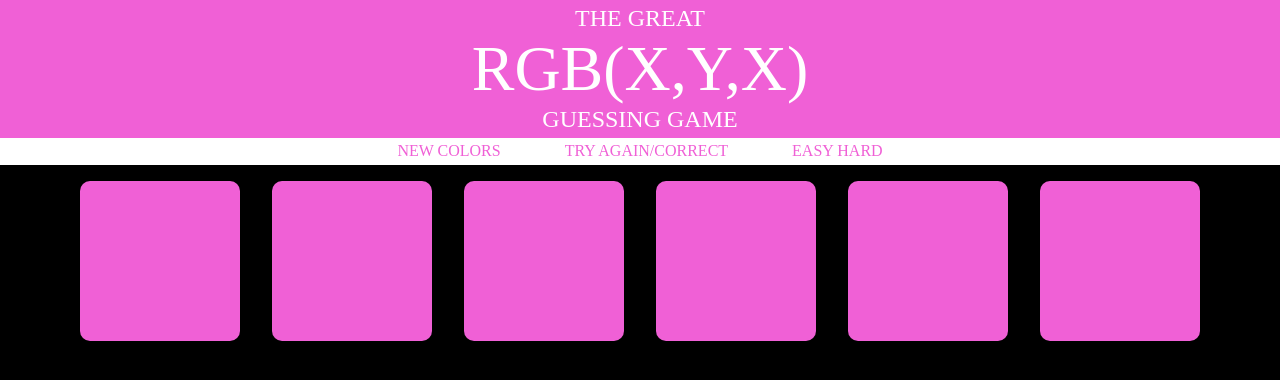
Repository: EEOOOO/javascript-projects
Page: rgbColorGameApp/index.html
These files come from the project's save history. The page is drawn as it stood at one moment and after the next save; the edit follows.
The browser window is 1280 px wide. The pictures show the whole page.

Above is the page before, as saved 2022-07-18 18:43:44.

After the next save:
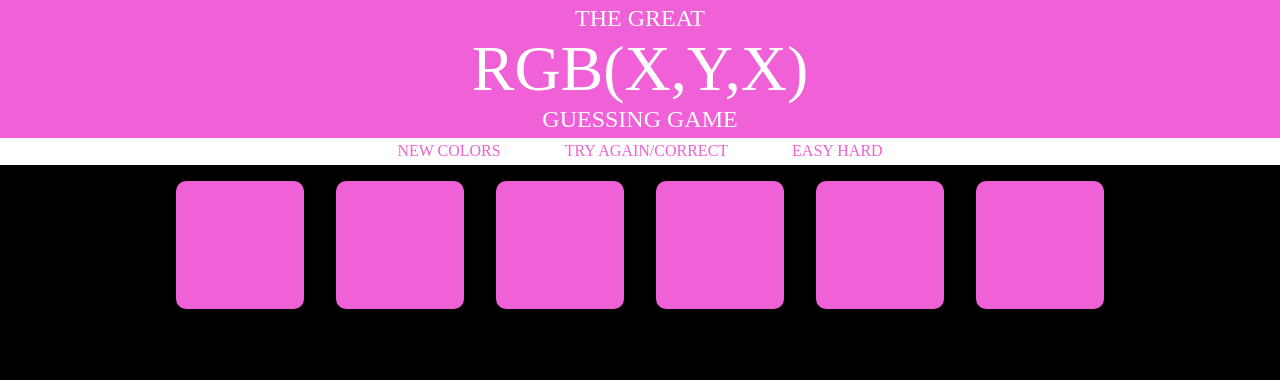
Saved 7 s later.
--- a/rgbColorGameApp/style.css
+++ b/rgbColorGameApp/style.css
@@ -45,8 +45,8 @@ header {
 }
 .colorBox {
   background-color: var(--color-now);
-  width: 10rem;
-  height: 10rem;
+  width: 8rem;
+  height: 8rem;
   border-radius: 10px;
   margin: 1rem;
 }
